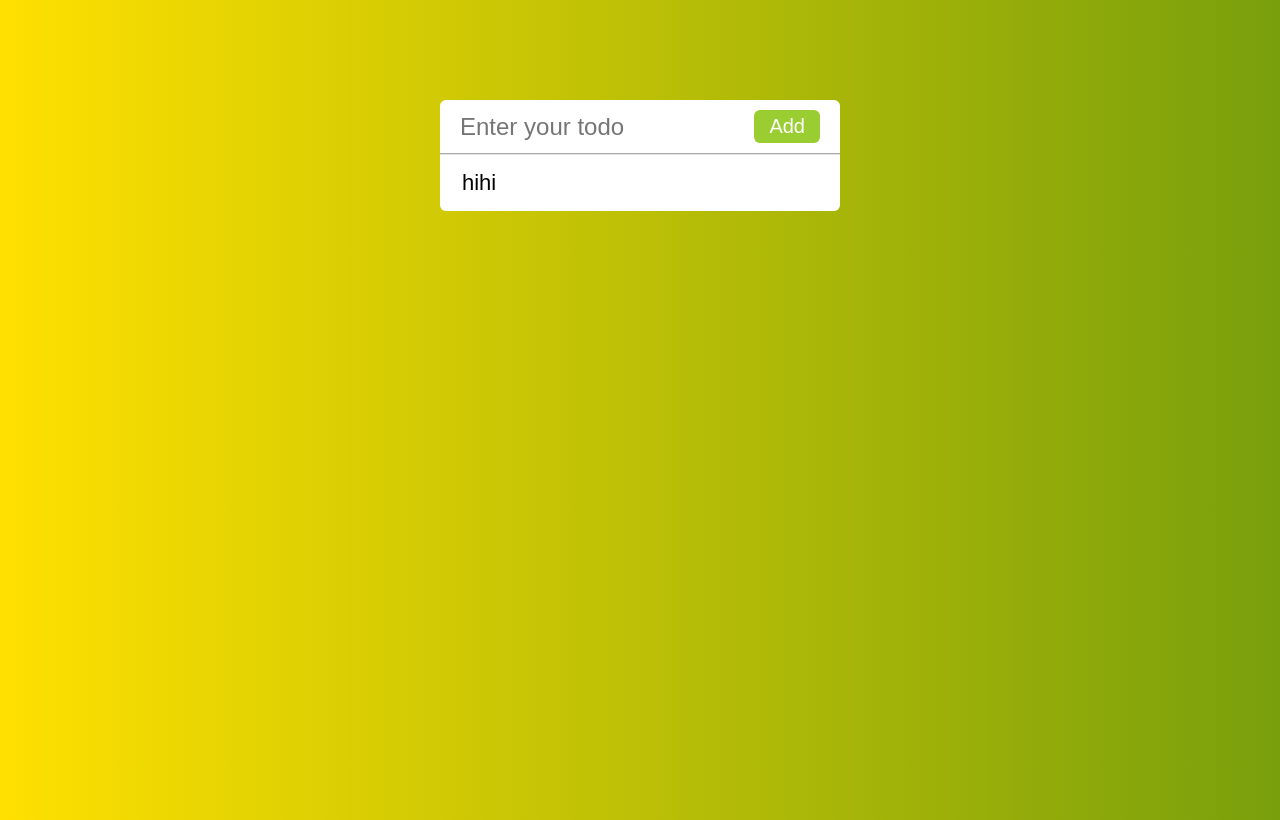
Repository: HoanTiny/30projects-30day
Page: Day 10/index.html
These files come from the project's save history. The page is drawn as it stood at one moment and after the next save; the edit follows.
The browser window is 1280 px wide. The pictures show the whole page.

Above is the page before, as saved 2021-12-10 20:46:05.

After the next save:
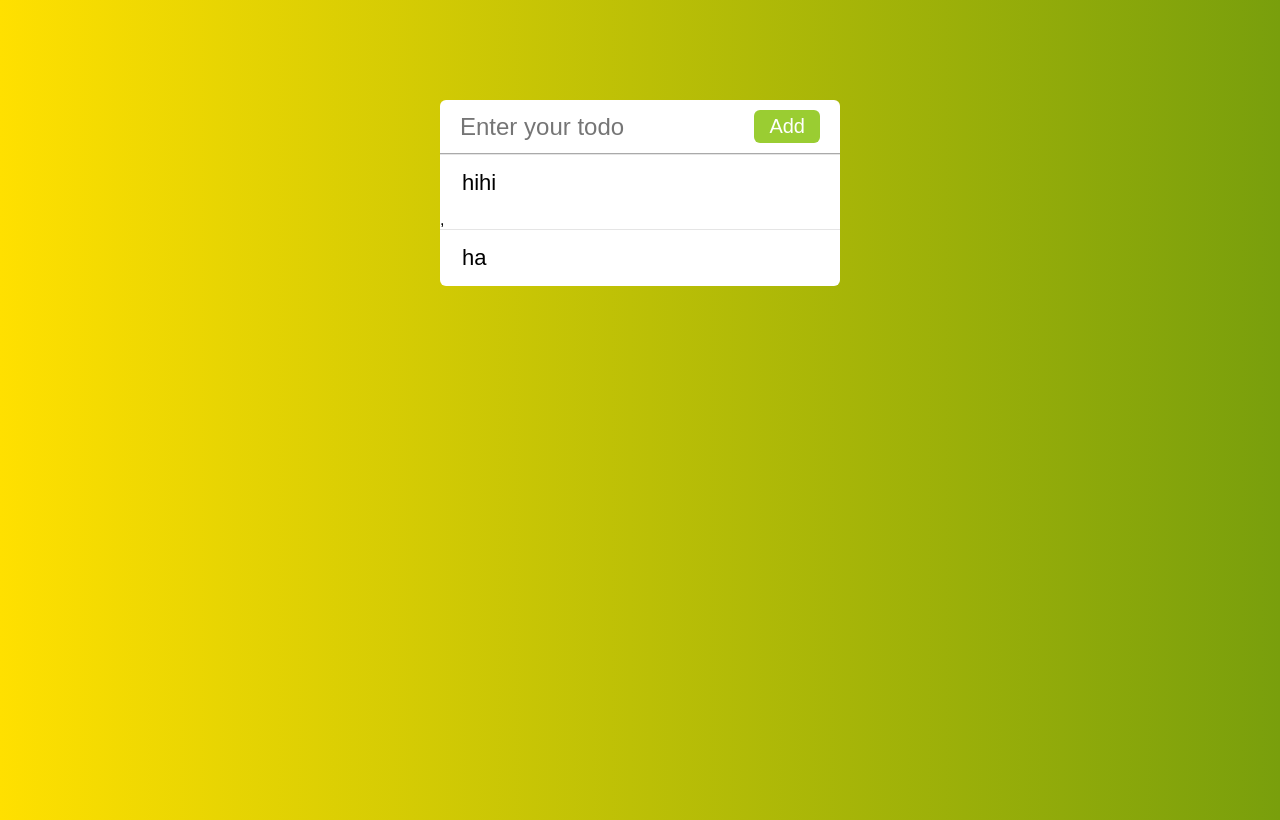
Saved 14 s later.
--- a/Day 10/app.js
+++ b/Day 10/app.js
@@ -1,7 +1,7 @@
 var $ = document.querySelector.bind(document);
 var $$ = document.querySelectorAll.bind(document);
 
-var todoLists = ["hihi"];
+var todoLists = ["hihi", "ha"];
 const input = $("input");
 var todo = $(".todos");
 const form = $("form");
